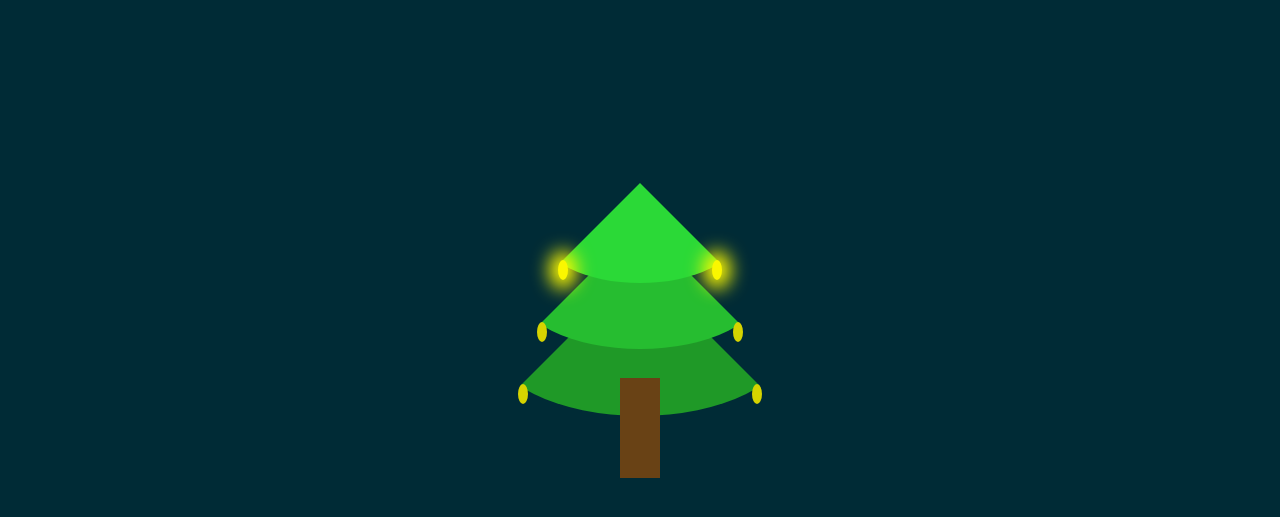
Repository: supakorn5039-boon/Christmas
Page: index.html
An editor plug-in stored every save of this project. The page is shown before and after a run of saves, followed by the edit.
The browser window is 1280 px wide. The pictures show the whole page.

Above is the page before, as saved 2023-12-25 08:49:50.

### index.html
<!DOCTYPE html>
<html lang="en">
  <head>
    <meta charset="UTF-8" />
    <meta http-equiv="X-UA-Compatible" content="IE=edge" />
    <meta name="viewport" content="width=device-width, initial-scale=1.0" />
    <link rel="stylesheet" href="styles.css" />
  </head>
  <body>
    <div class="xmas-tree">
      <div class="start">
        <i class="fa-solid fa-star"></i>
      </div>
      <div class="t1"></div>
      <div class="t2"></div>
      <div class="t3"></div>
      <div class="stem"></div>
      <div class="snow-ground"></div>
    </div>
  </body>
  <script href="index.js"></script>
</html>

### styles.css
body {
  height: 100vh;
  margin: 0;
  background: #002b36;
  overflow: hidden;
  display: grid;
  place-items: center;
}

.xmas-tree {
  position: relative;
  width: 500px;
  height: 590px;
  z-index: -2;
}

.star {
  z-index: 3;
  position: absolute;
  color: #fffc00;
  font-style: 40px;
  text-shadow: 0 0 20px #fffc00;
  left: 50%;
  top: 15%;
  margin-left: -22px;
  animation: spin 2s infinite linear forwards;
}

@keyframes spin {
  to {
    transform: rotate(1turn);
  }
}

.t1 {
  position: absolute;
  z-index: 2;
  border-bottom: 100px solid #2bd937;
  margin-left: -100px;
  border-right: 100px solid transparent;
  border-left: 100px solid transparent;
  border-bottom-left-radius: 50%;
  border-bottom-right-radius: 50%;
  top: 20%;
  left: 50%;
}
.t2 {
  position: absolute;
  z-index: 1;
  border-bottom: 125px solid #26bd30;
  margin-left: -125px;
  border-right: 125px solid transparent;
  border-left: 125px solid transparent;
  border-bottom-right-radius: 50%;
  border-bottom-left-radius: 50%;
  top: 27%;
  left: 50%;
}

.t3 {
  position: absolute;
  border-bottom: 150px solid #1f9927;
  margin-left: -150px;
  border-right: 150px solid transparent;
  border-left: 150px solid transparent;
  border-bottom-right-radius: 50%;
  border-bottom-left-radius: 50%;
  top: 34%;
  left: 50%;
}

.t1::before,
.t1::after,
.t2::before,
.t2::after,
.t3::before,
.t3::after {
  position: absolute;
  content: "";
  background: #d6d400;
  z-index: 3;
  width: 10px;
  height: 20px;
  border-radius: 50%;
  animation: blink 1.5s infinite;
}

.t2::before {
  animation-delay: 0.5s;
}
.t2::after {
  animation-delay: 0.5s;
}

.t3::before {
  animation-delay: 1s;
}
.t3::after {
  animation-delay: 1s;
}

@keyframes blink {
  30% {
    background: rgb(255, 252, 0);
    box-shadow: 0 0 20px 10px #fffc00;
  }
  60% {
    background: #d6d400;
    box-shadow: 0 0 0px 0px #fffc00;
  }
}

.t1::before {
  top: 77px;
  left: -82px;
}
.t1::after {
  top: 77px;
  right: -82px;
}

.t2::before {
  top: 98px;
  left: -103px;
}
.t2::after {
  top: 98px;
  right: -103px;
}

.t3::before {
  top: 118px;
  left: -122px;
}

.t3::after {
  top: 118px;
  right: -122px;
}

.stem {
  position: absolute;
  top: 53%;
  left: 50%;
  margin-left: -20px;
  width: 40px;
  height: 100px;
  z-index: 1;
  background: #694215;
}

.snow-ground {
  position: absolute;
}

After the next 3 saves:
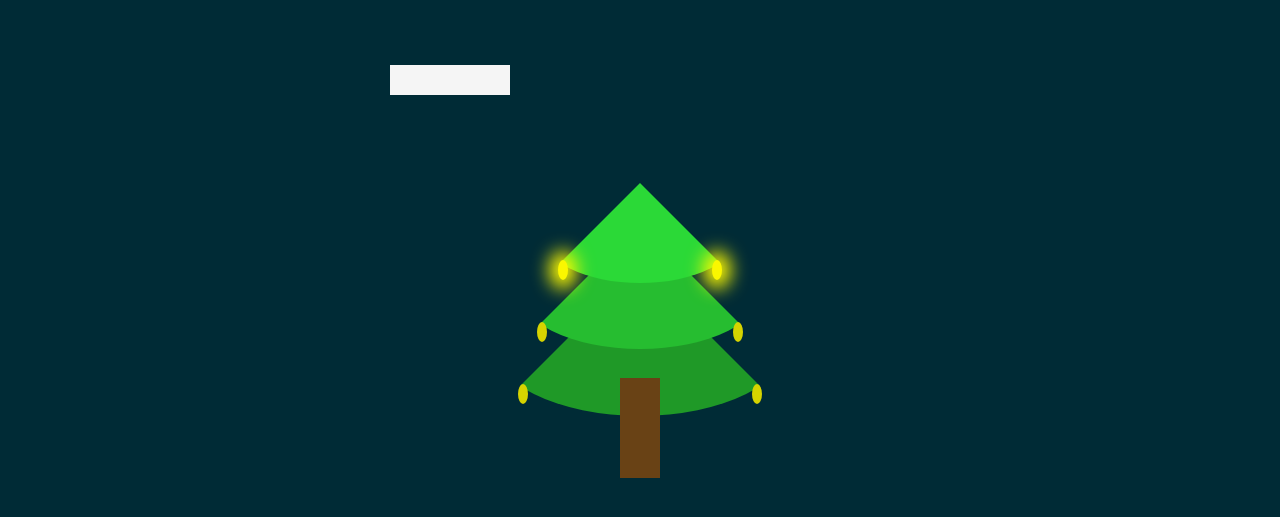
The 3 saves are shown as one change because they came seconds apart.
The last was saved 15 s later.
--- a/styles.css
+++ b/styles.css
@@ -151,4 +151,7 @@ body {
 
 .snow-ground {
   position: absolute;
+  width: 120px;
+  height: 30px;
+  background: whitesmoke;
 }
